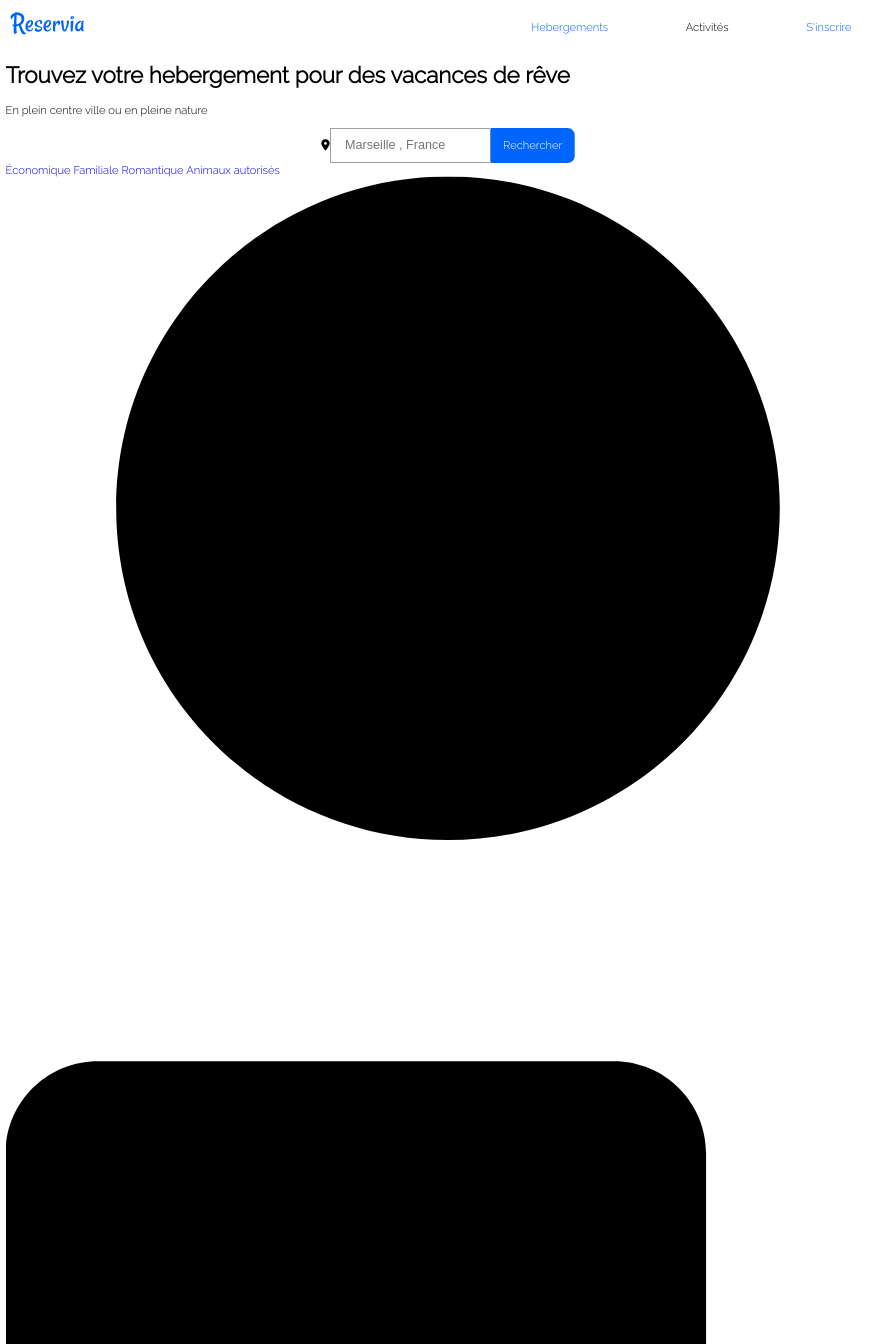
Repository: jaydeeonghub/DYLANBARBARISI_2_16062021
Page: index.html
An editor plug-in stored every save of this project. The page is shown before and after the next save, followed by the edit.
The browser window is 1280 px wide. The pictures show the part of the page from y = 0 to 1920 px (the page is 61137 px tall before and 61253 px after), at 70% of full size.
Some web libraries are served in a nearby version.

Above is the page before, as saved 2021-07-06 17:09:18.

After the next save:
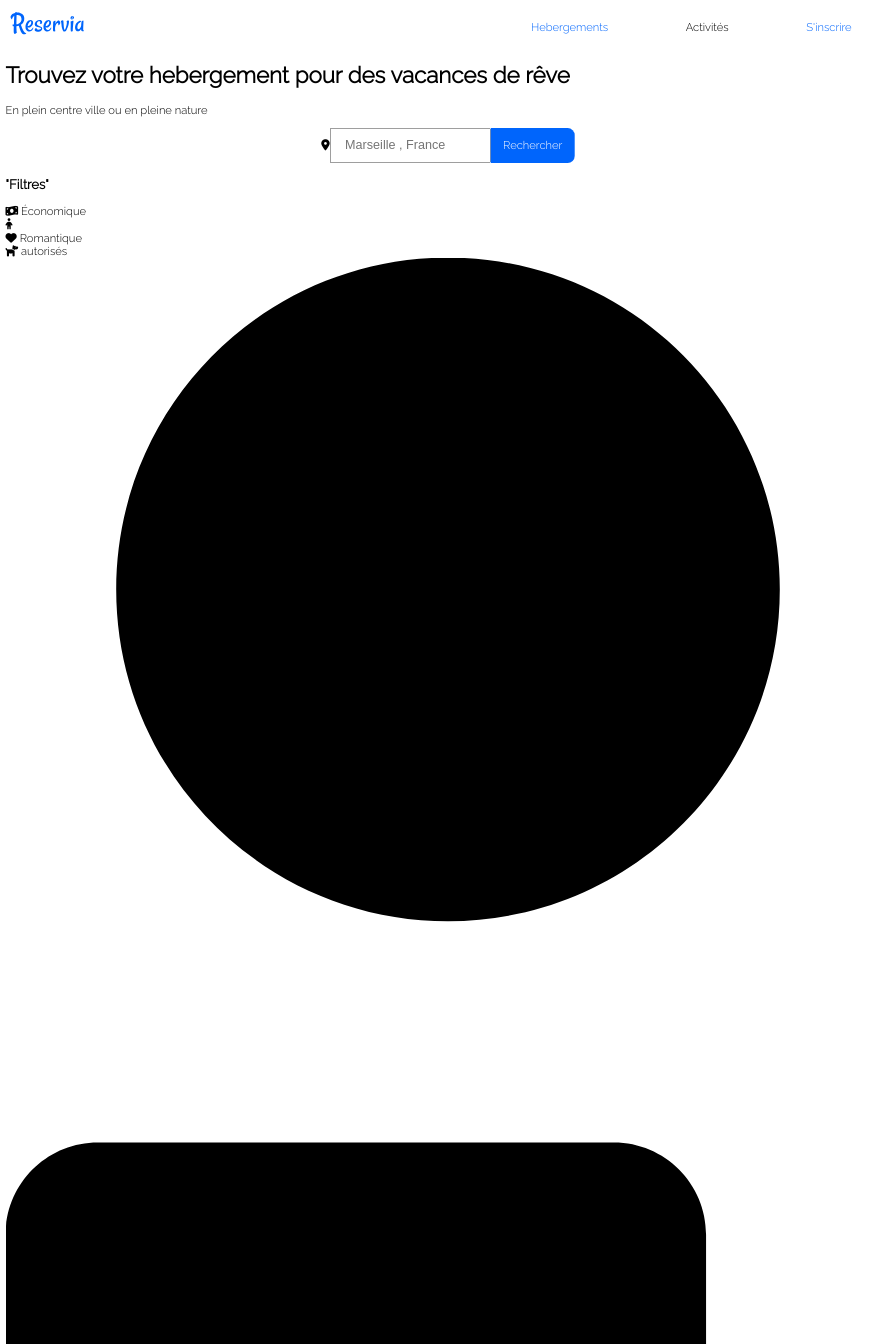
Saved 34 min 42 s later.
--- a/index.html
+++ b/index.html
@@ -37,13 +37,12 @@
         <Rechercher class="backBleu flexCentre buttonSearch">Rechercher</div>
           </div>
 
-          <div class="Filtres"
-                <p class="Filtres" Filtres</p>
-                 <a href="#Économique">Économique</a>
-                 <a href="#Familiale">Familiale</a>
-                 <a href="#Romantique">Romantique</a>
-                 <a href="#Animaux autorisés">Animaux autorisés</a>
-                </div>
+          <div><h3>"Filtres"</h3></div>
+          <div><i class="fas fa-money-bill-wave"></i> Économique</div>
+          <div><i class="fas fa-child"></i></div>
+          <div><i class="fas fa-heart"></i> Romantique</div>
+          <div><i class="fas fa-dog"></i> autorisés</div>
+          </div>
 
     <img src="Assets/Icons/info-solid.svg"> <p>Plus de 500 Logements sont disponibles dans cette ville</p> <!--Nombre approximatif de logements disponibles aux alentours-->
 
